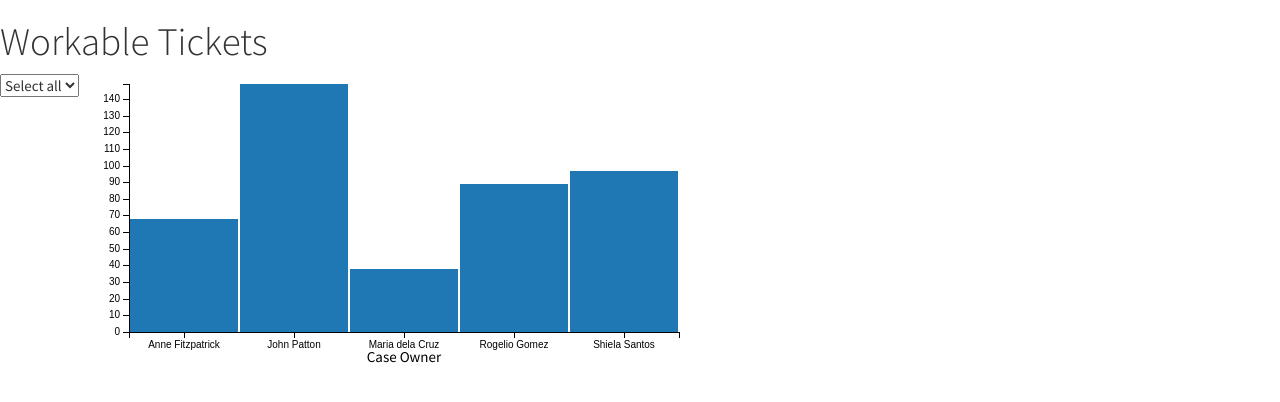
Repository: RChanco/Workable-Tickets-Dashboard
Page: index.html
The author's editor kept a record of every edit. The page is drawn from the files as they stood at one moment, then again after the next edit.
The browser window is 1280 px wide. The pictures show the whole page.

Above is the page before.

### index.html
<!DOCTYPE html>
<html lang="en">
<head>
    <meta charset="UTF-8">
    <meta name="viewport" content="width=device-width, initial-scale=1.0">
    <meta http-equiv="X-UA-Compatible" content="ie=edge">
    <title>Workable Tickets Dashboard</title>

    <link rel="stylesheet" href="static/css/bootstrap.min.css" type="text/css" />
    <link rel="stylesheet" href="static/css/dc.min.css" type="text/css" />

    <script type="text/javascript" src="static/js/d3.min.js"></script>
    <script type="text/javascript" src="static/js/crossfilter.min.js"></script>
    <script type="text/javascript" src="static/js/dc.min.js"></script>
    <script type="text/javascript" src="static/js/queue.min.js"></script>
    <script type="text/javascript" src="static/js/graph.js"></script>

</head>
<body>
    <h1>Workable Tickets</h1>


    <div id="status-selector"></div>

    <div id="case-owner"></div>

    <div id="case-country"></div>

</body>
</html>

### static/js/graph.js
queue()
    .defer(d3.csv,"data/Open_Tickets.csv")
     .await(makeGraphs);

function makeGraphs(error, ticketsData) {
    var ndx = crossfilter(ticketsData);

    show_status_selector(ndx);
    show_case_owner(ndx);


    dc.renderAll();

}

function show_status_selector(ndx) {
    var dim = ndx.dimension(dc.pluck('status'));
    var group = dim.group();

    dc.selectMenu("#status-selector")
        .dimension(dim)
        .group(group);
}
function show_case_owner(ndx) {
    var dim = ndx.dimension(dc.pluck('CaseOwner'));
    var group = dim.group();

    dc.barChart("#case-owner")
        .width(650)
        .height(300)
        .margins({top: 10, right: 50, bottom: 30, left: 50})
        .dimension(dim)
        .group(group)
        .transitionDuration(500)
        .x(d3.scale.ordinal())
        .xUnits(dc.units.ordinal)
        .xAxisLabel("Case Owner")
        .yAxis().ticks(20);
}

Loaded but not shown: static/css/bootstrap.min.css (library); static/css/dc.min.css (library); static/js/d3.min.js (library); static/js/crossfilter.min.js (library); static/js/dc.min.js (library); static/js/queue.min.js (common file)

After the next edit:
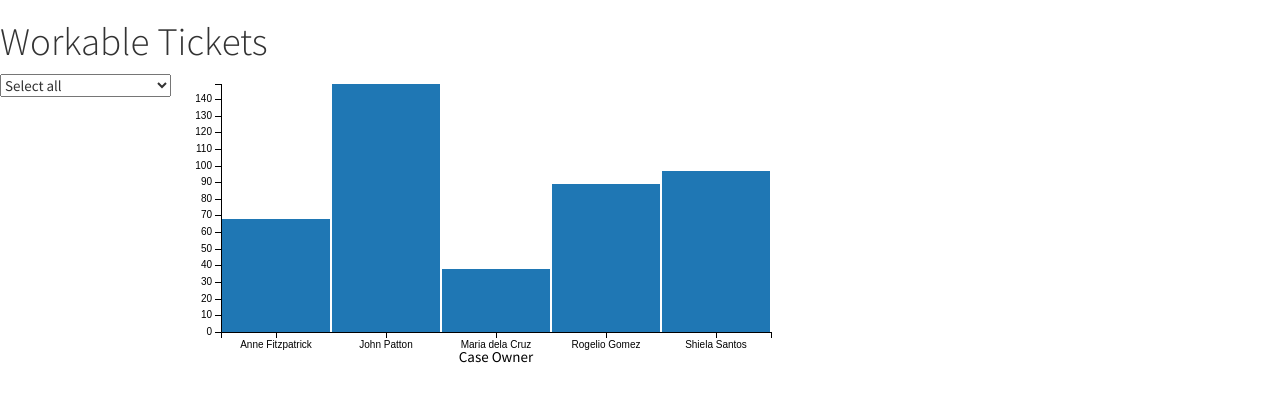
The edit:
--- a/static/js/graph.js
+++ b/static/js/graph.js
@@ -14,7 +14,7 @@
 }
 
 function show_status_selector(ndx) {
-    var dim = ndx.dimension(dc.pluck('status'));
+    var dim = ndx.dimension(dc.pluck('Status'));
     var group = dim.group();
 
     dc.selectMenu("#status-selector")
